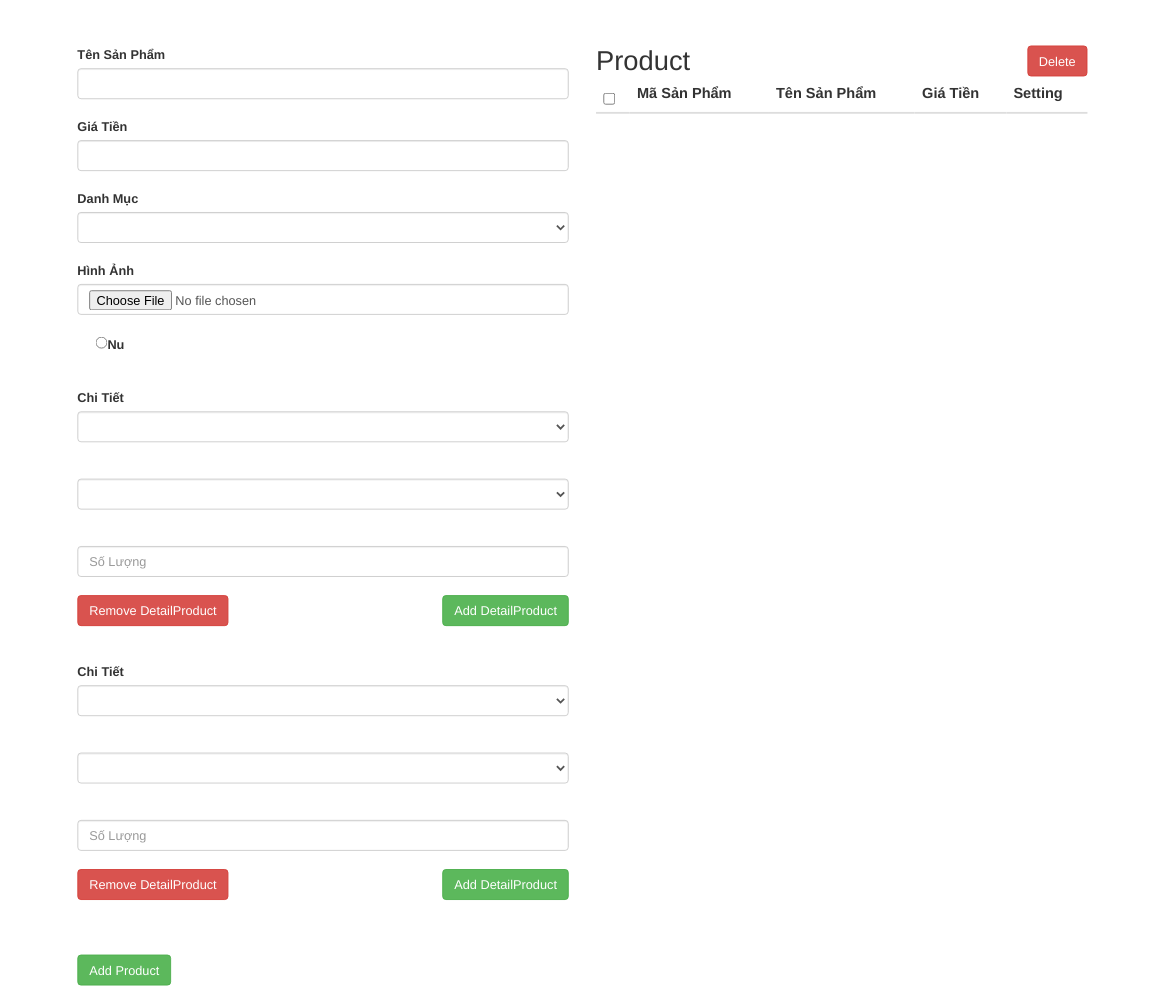
Repository: tiendungnguyen738/shoponline
Page: http://localhost/shoponline/WEB-INF/views/Product_Admin.jsp
These files come from the project's save history. The page is drawn as it stood at one moment and after the next save; the edit follows.
The browser window is 1280 px wide. The pictures show the whole page, at 91% of full size.
Some web libraries are served in a nearby version. The page is served by Tomcat 9. Nobody is signed in. Other server files are loaded and not shown. The template is opened directly, without the code that normally fills it, so the values that code supplies are empty.

Above is the page before, as saved 2019-09-23 12:58:38.

### shoponline/src/main/webapp/WEB-INF/views/Product_Admin.jsp
<%@ taglib prefix="c" uri="http://java.sun.com/jsp/jstl/core" %>
<%@ page contentType="text/html;charset=UTF-8" language="java" %>

<html>
<head>
    <title>Product-Manage</title>
    <meta charset="utf-8">
    <link rel="stylesheet" href="https://maxcdn.bootstrapcdn.com/bootstrap/3.4.0/css/bootstrap.min.css">
</head>
<body>
    <div class="container" style="margin-top: 50px;">

            <div class="col-md-6 col-sm-12 form-group">
                <form id="form-sanpham">
                    <label>Tên Sản Phẩm</label>
                    <input type="text" class="form-control" id="tenSanPham" name="tenSanPham"></br>

                    <label>Giá Tiền</label>
                    <input type="text" class="form-control" id="giaTien" name="giaTien"></br>

                    <label for="danhmucsanpham">Danh Mục</label><br>
                    <select id="danhmucsanpham" name="danhmucsanpham" class="form-control">
                       <%--  <c:forEach items="${categoryList}" var="categoryList">
                            <option value="${categoryList.category_id}">${categoryList.category_name}</option>
                        </c:forEach> --%>
                    </select><br/>

                    <label>Hình Ảnh</label>
                    <input type="file" class="form-control" id="uploadhinhanh" name="uploadhinhanh"></br>

                    <label style="margin-left: 20px;">
                        <input type="radio" name="gianhcho" value="nu" id="radioNu">Nu
                    </label><br/><br/>
                </form>
                    <div id="containerChitietsanpham">

                        <div class="chitietsanpham">
                            <label>Chi Tiết</label></br>

                            <select name="size" class="form-control">
                               <%--  <c:forEach items="${sizeList}" var="sizeList">
                                    <option value="${sizeList.id}">${sizeList.sizeName}</option>
                                </c:forEach> --%>
                            </select></br></br>

                            <select name="mau" class="form-control">
                               <%--  <c:forEach items="${colorList}" var="colorList">
                                    <option value="${colorList.id}">${colorList.colorName}</option>
                                </c:forEach> --%>
                            </select></br></br>

                            <input type="number" name="soluong" class="form-control" placeholder="Số Lượng"/></br>
                            <button type="button" class="btn btn-danger btn-remove" style="display: inline;">Remove DetailProduct</button>
                            <button type="button" class="btn btn-success btn-detail" style="float:right;display: inline;">Add DetailProduct</button></br>
                        </div></br></br>
                    </div>

                        <div class="chitietsanpham" id="idChiTietSanPham">
                            <label>Chi Tiết</label></br>

                            <select name="size" class="form-control" id="size1">
                               <%--  <c:forEach items="${sizeList}" var="sizeList">
                                    <option value="${sizeList.id}">${sizeList.sizeName}</option>
                                </c:forEach> --%>
                            </select></br></br>

                            <select name="mau" class="form-control" id="mau1">
                               <%--  <c:forEach items="${colorList}" var="colorList">
                                    <option value="${colorList.id}">${colorList.colorName}</option>
                                </c:forEach> --%>
                            </select></br></br>

                            <input type="number" name="soluong" id="soLuong1" class="form-control" placeholder="Số Lượng"/></br>
                            <button type="button" class="btn btn-danger btn-remove" style="display: inline;">Remove DetailProduct</button>
                            <button type="button" class="btn btn-success btn-detail" style="float:right;display: inline;">Add DetailProduct</button></br><br/>
                            <button type="button" class="btn btn-dark hide" id="cancel">Cancel</button>
                            <button type="button" class="btn btn-primary hide capNhatSanPham" id="capNhatSanPham">Update Product</button>
                        </div></br></br>
                    <button id="btn-themSanPham" type="button" class="btn btn-success">Add Product</button>

            </div>
        <div class="col-md-6 col-sm-12">
            <div>
                <h2 style="display: inline;">Product</h2>
                <button type="button" class="btn btn-danger" id="button-delete" style="float:right;display: inline;">Delete</button>
            </div>
            <table class="table table-hover" id="table-product">
                <thead>
                <tr>
                    <th><input type="checkbox" class="AllCheckBox" id="allBox"></th>
                    <th>Mã Sản Phẩm</th>
                    <th>Tên Sản Phẩm</th>
                    <th>Giá Tiền</th>
                    <th>Setting</th>
                </tr>
                </thead>
                <tbody>
             <c:forEach items="${productList1}" var="pro">
                    <tr>
                        <td><input type="checkbox" value="${pro.id}" name="sport"/></td>
                        <td>${pro.id}</td>
                        <td>${pro.productName}</td>
                        <td>${pro.price}</td>
                        <td><button type="button" class="btn btn-warning" value="${pro.id}" id="editProduct">Edit</button></td>
                    </tr>
                </c:forEach>
                </tbody>
            </table>
            <ul style="display: inline;list-style-type: none;" class="pagination">
                <c:forEach begin="1" end="${tongSoTrang}" var="trangThu">
                     <li style="display: inline;margin-left: -6%;" class="page-item">
                         <a href="/shoponline/admin-product/${trangThu}" class="page" style="padding: 7px 10px;border-radius: 5px; border:1px blue solid;"><c:out value="${trangThu}"/></a>
                     </li>
                </c:forEach>
            </ul>
        </div>
    </div>
</body>

<script src="http://code.jquery.com/jquery-1.9.1.js"></script>
<script src="http://malsup.github.com/jquery.form.js"></script>
<script type="text/javascript" src="<c:url value='/resources/js/productManage.js'/>"></script>

</html>

Loaded but not shown: shoponline/src/main/webapp/resources/js/productManage.js (no copy from this time; the picture is the same without it)

After the next save:
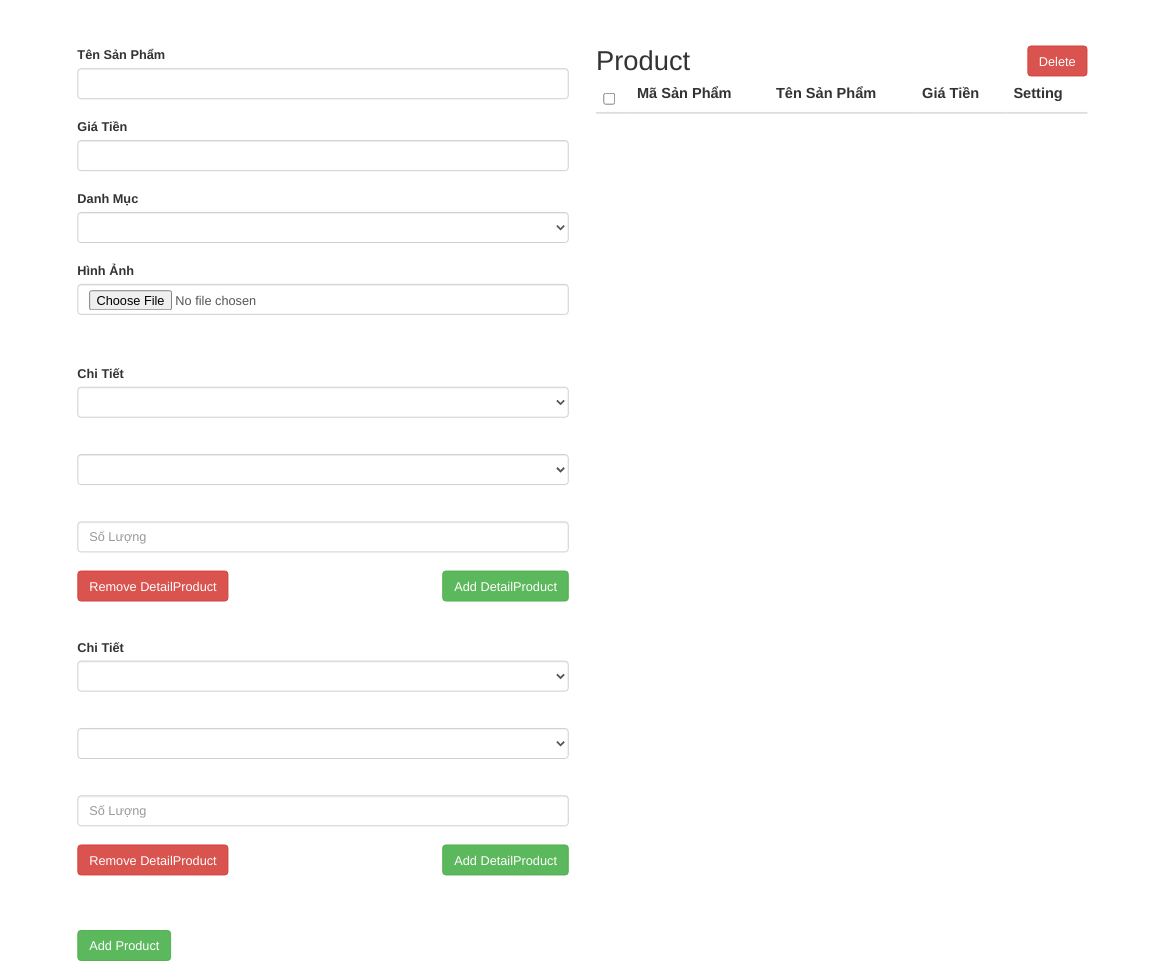
Saved 21 s later.
--- a/shoponline/src/main/webapp/WEB-INF/views/Product_Admin.jsp
+++ b/shoponline/src/main/webapp/WEB-INF/views/Product_Admin.jsp
@@ -27,10 +27,7 @@
 
                     <label>Hình Ảnh</label>
                     <input type="file" class="form-control" id="uploadhinhanh" name="uploadhinhanh"></br>
-
-                    <label style="margin-left: 20px;">
-                        <input type="radio" name="gianhcho" value="nu" id="radioNu">Nu
-                    </label><br/><br/>
+					<br/>
                 </form>
                     <div id="containerChitietsanpham">
 
